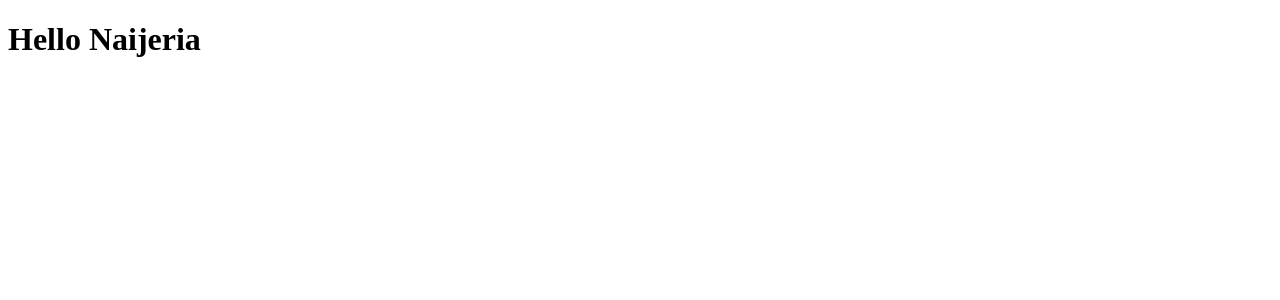
Repository: nashthecoder/vuebasics
Page: class-binding.html
These files come from the project's save history. The page is drawn as it stood at one moment and after the next save; the edit follows.
The browser window is 1280 px wide. The pictures show the whole page.

Above is the page before, as saved 2021-01-05 20:13:06.

After the next save:
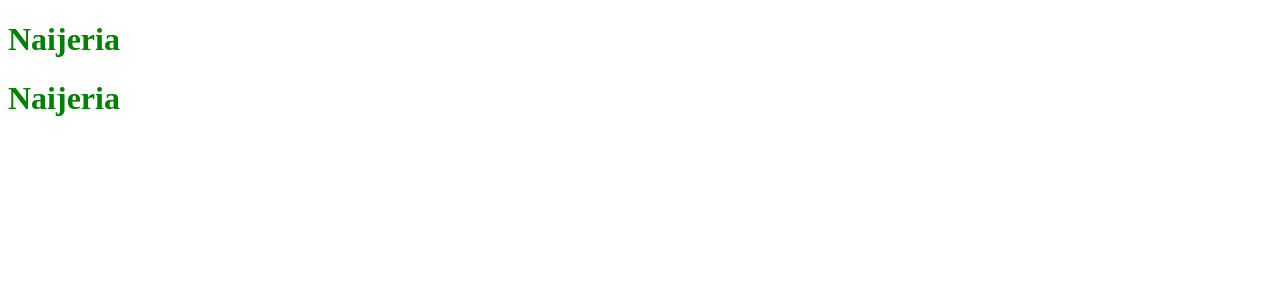
Saved 66 s later.
--- a/class-binding.html
+++ b/class-binding.html
@@ -1,12 +1,15 @@
-
 <!DOCTYPE html>
 <html lang="en">
 
+<style>
+ .active{color: green;} .notActive{color: red;}
+</style>
+
 <div id="app">
 
+  <h1 class="static" :class="{active: isActive, 'notActive' : !isActive}">{{ name }}</h1>
 
-  <h1>{{ message }}</h1>
-
+  <h1 :class="[isActive ? 'active' : 'notActive']">{{name}}</h1>
 
 </div>
 
@@ -19,9 +22,9 @@
 
     el: '#app',
     data: {
-
-      message: 'Hello Naijeria',
-
+      isActive: true,
+      hasError: true,
+      name: 'Naijeria',
     }
 
   })
